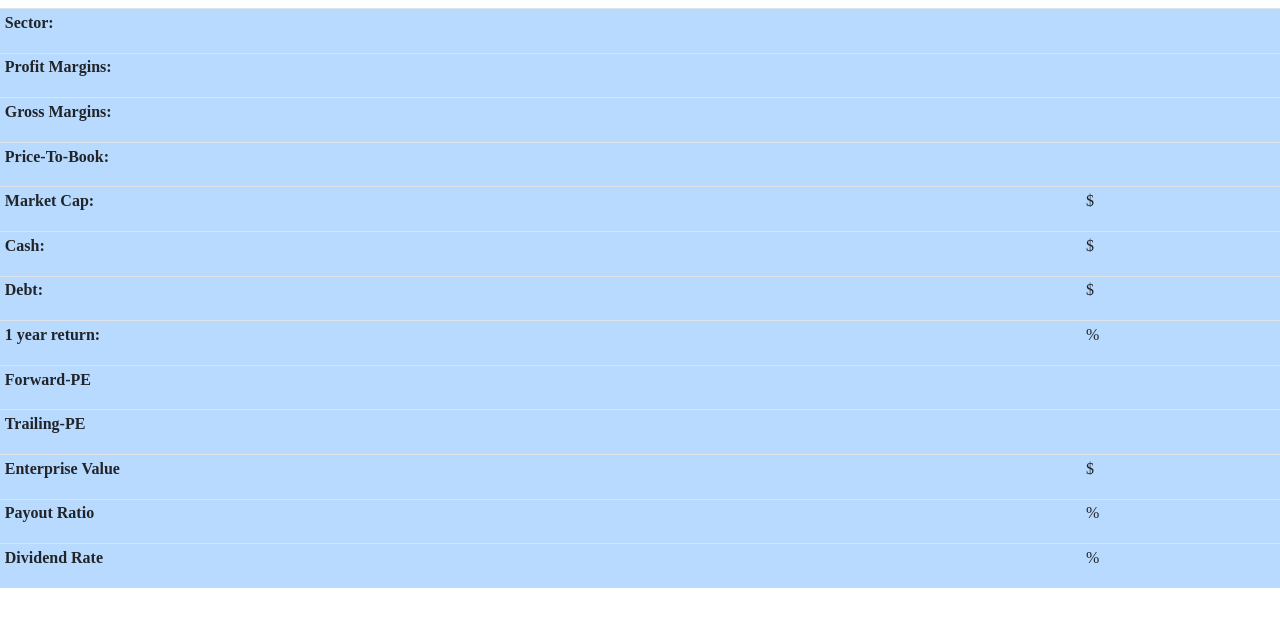
Repository: brendan12372/theSite
Page: topTen/templates/stocks/stock_detail.html
The author's editor kept a copy of each file at every save. The page is drawn from the files as they stood at one save, then again after the next save.
The browser window is 1280 px wide. The pictures show the whole page.
Some web libraries are served in a nearby version. The page is served by the project's application, run on Django 4.2 (manage.py). Other server files are loaded and not shown. The template is opened directly, without the code that normally fills it, so the values that code supplies are empty.

Above is the page before, as saved 2022-03-15 01:03:02.

### topTen/templates/stocks/stock_detail.html
{% load static %}
{{ static }}

<html lang="en">
  <head>
    <!-- Required meta tags -->
    <meta charset="utf-8">
    <meta name="viewport" content="width=device-width, initial-scale=1, shrink-to-fit=no">

    <!-- Bootstrap CSS -->
    <link rel="stylesheet" href="https://cdn.jsdelivr.net/npm/bootstrap@4.0.0/dist/css/bootstrap.min.css" integrity="sha384-Gn5384xqQ1aoWXA+058RXPxPg6fy4IWvTNh0E263XmFcJlSAwiGgFAW/dAiS6JXm" crossorigin="anonymous">
    <link rel="stylesheet" type="text/css" href="{% static 'topTen/style.css' %}"><!doctype html>

    <title>Hello, world!</title>
  </head>
  <body>

    <!--  <h1 class="display-3 text-center">{{ object.shortName }}</h1>
    <p class="text-start font-weight-bold"> summary:</p><p>{{ object.summary }}</p>
    <p>{{object.news}}<a href={{object.link}}>learn more</a> </p>

    <p>market Cap: {{ object.marketCap }}</p>


    <p>Profit Margin: {{ object.profitMargins }}</p>
    <p>Profit Margin: {{ object.grossMargins }}</p>
    <p>1 year Return: {{ object.yearReturn }}</p>
    <p>Price-to-Book: {{ object.PriceToBook}}</p>
    <p>Debt Equity Ratio: {{ object.debtEquityRatio}}</p> -->
    <h1 class="display-3 text-center">{{ object.shortName }}</h1>
    <table class="table table-hover table-primary table-sm">
      <!-- <thead class="thead-dark">
        <tr>
          <th scope="col">cat</th>
          <th scope="col">val</th>
        </tr>
      </thead> -->
      <tbody>

        <tr>
          <td><p class="font-weight-bold">Sector:</p></td>
          <td>{{object.sector}}</td>
        </tr>
        <tr>
          <td><p class="font-weight-bold">Profit Margins:</p></td>
          <td>{{object.profitMargins}}</td>
        </tr>


        <tr>
          <td><p class="font-weight-bold">Gross Margins:</p></td>
          <td>{{object.grossMargins}}</td>
        </tr>

        <tr>
          <td><p class="font-weight-bold">Price-To-Book:</p></td>
          <td>{{object.PriceToBook}}</td>
        </tr>

        <tr>
          <td><p class="font-weight-bold">Market Cap:</p></td>
          <td>$ {{object.marketCap}}</td>
        </tr>
        <tr>
          <td><p class="font-weight-bold">Cash:</p></td>
          <td>$ {{object.totalCash}}</td>
        </tr>

        <tr>
          <td><p class="font-weight-bold">Debt:</p></td>
          <td>$ {{object.totalDebt}}</td>
        </tr>

        <tr>
          <td><p class="font-weight-bold">1 year return:</p></td>
          <td>{{object.yearReturn}} %</td>
        </tr>
        <tr>
          <td><p class="font-weight-bold">Forward-PE</p></td>
          <td>{{object.forwardPE}}</td>
        </tr>

        <tr>
          <td><p class="font-weight-bold">Trailing-PE</p></td>
          <td>{{object.trailingPE}}</td>
        </tr>

        <tr>
          <td><p class="font-weight-bold">Enterprise Value</p></td>
          <td>$ {{object.enterpriseValue}}</td>
        </tr>

        <tr>
          <td><p class="font-weight-bold">Payout Ratio</p></td>
          <td>{{object.payoutRatio}} %</td>
        </tr>


        <tr>
          <td><p class="font-weight-bold">Dividend Rate</p></td>
          <td>{{object.dividendRate}} %</td>
        </tr>


      </tbody>
    </table>




    <!-- Optional JavaScript -->
    <!-- jQuery first, then Popper.js, then Bootstrap JS -->
    <script src="https://code.jquery.com/jquery-3.2.1.slim.min.js" integrity="sha384-KJ3o2DKtIkvYIK3UENzmM7KCkRr/rE9/Qpg6aAZGJwFDMVNA/GpGFF93hXpG5KkN" crossorigin="anonymous"></script>
    <script src="https://cdn.jsdelivr.net/npm/popper.js@1.12.9/dist/umd/popper.min.js" integrity="sha384-ApNbgh9B+Y1QKtv3Rn7W3mgPxhU9K/ScQsAP7hUibX39j7fakFPskvXusvfa0b4Q" crossorigin="anonymous"></script>
    <script src="https://cdn.jsdelivr.net/npm/bootstrap@4.0.0/dist/js/bootstrap.min.js" integrity="sha384-JZR6Spejh4U02d8jOt6vLEHfe/JQGiRRSQQxSfFWpi1MquVdAyjUar5+76PVCmYl" crossorigin="anonymous"></script>
  </body>
</html>

### tutorial/urls.py
from django.urls import path, include
from django.contrib import admin

urlpatterns = [
path('admin/', admin.site.urls),
path('', include('stocks.urls')),
path('topTen/', include('topTen.urls')),

]

### stocks/urls.py
from django.urls import path
from stocks import views
from django.contrib import admin

urlpatterns = [
    # path('stocks/', views.stocks_list),
    path('', views.stocks_list2),
    path('<int:pk>/', views.stocks_detail),
    path('<str:sector>/<str:sortBy>/<str:dir>', views.stocks_list),
    path('sectors/<str:sortBy>/<str:dir>', views.sector_list),

]

### topTen/urls.py
from django.urls import path
from topTen import views
urlpatterns = [
    # path('front/', views.front_list),
    # path('front/<int:pk>/', views.stocks_detail),
    path('sector/', views.sector_view,name='sector'),
    path('home/', views.vTwo,name='sort'),
    path('',views.home,name='home'),
    path('<int:pk>/', views.detail.as_view(),name='detail'),


]

### topTen/static/topTen/style.css
 /* Navbar container */
 .theOptions{
  background-color:lightblue;
  text-align: left;
     padding-left: 10%;
}
 article{
margin-top:30px;
 }
 body{
          font-family: "Noto Serif Armenian Light";

 }
.Key{
    background-color: lightblue;
}

.theList{
  background-color:darkgrey;
  text-align: left;
  margin-top: 5px;
    font-family: "Times";
}
p{
         font-family: "Noto Serif Armenian Light";

}
 .navbar {
  overflow: hidden;
  background-color: darkgrey;
  font-family: 'Noto Serif Armenian Light';
     margin-bottom: 30px;
}
 body {
   background-color:'green'
 }

/* Links inside the navbar */
.navbar a {
  float: left;
  font-size: 16px;
  color: white;
  text-align: center;
  padding: 14px 16px;
  text-decoration: none;
}

/* The dropdown container */
.dropdown {
  float: left;
  overflow: hidden;
}

/* Dropdown button */
.dropdown .dropbtn {
  font-size: 16px;
  border: none;
  outline: none;
  color: white;
  padding: 14px 16px;
  background-color: inherit;
  font-family: inherit; /* Important for vertical align on mobile phones */
  margin: 0; /* Important for vertical align on mobile phones */
}

/* Add a red background color to navbar links on hover */
.navbar a:hover, .dropdown:hover .dropbtn {
  background-color: red;
}

/* Dropdown content (hidden by default) */
.dropdown-content {
  display: none;
  position: absolute;
  background-color: #f9f9f9;
  min-width: 160px;
  box-shadow: 0px 8px 16px 0px rgba(0,0,0,0.2);
  z-index: 1;
}

/* Links inside the dropdown */
.dropdown-content a {
  float: none;
  color: black;
  padding: 12px 16px;
  text-decoration: none;
  display: block;
  text-align: left;
}

/* Add a grey background color to dropdown links on hover */
.dropdown-content a:hover {
  background-color: #ddd;
}

/* Show the dropdown menu on hover */
.dropdown:hover .dropdown-content {
  display: block;
}
label {
  ;
}

After the next save:
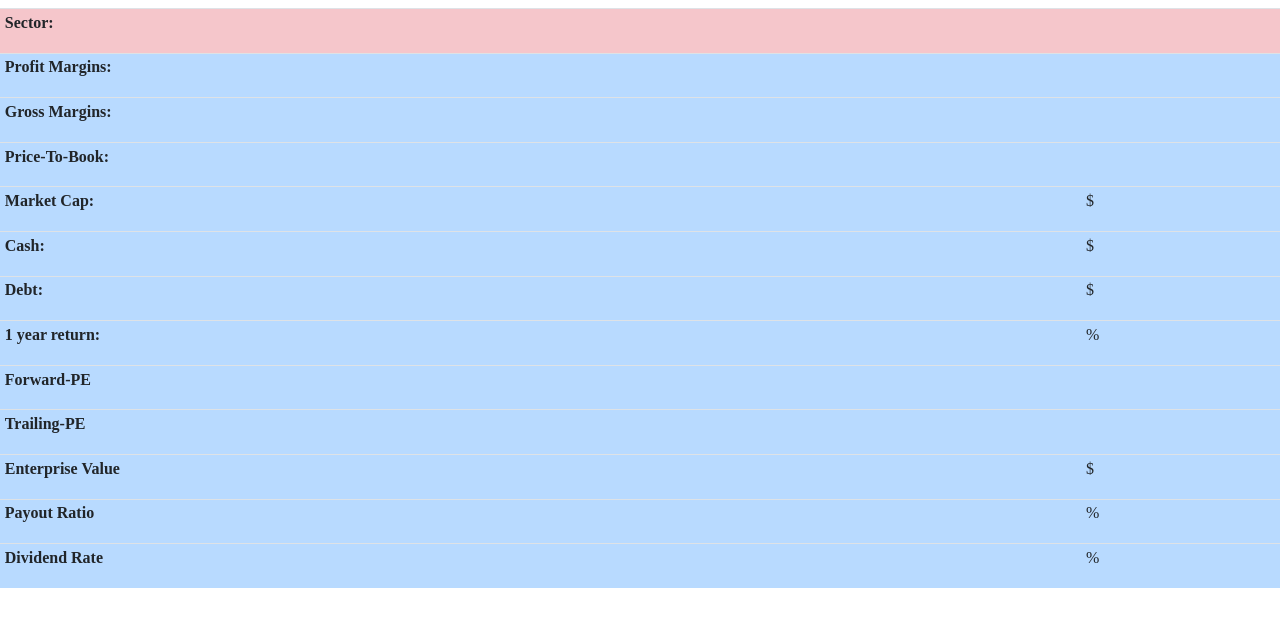
Saved 95 s later.
--- a/topTen/templates/stocks/stock_detail.html
+++ b/topTen/templates/stocks/stock_detail.html
@@ -37,7 +37,7 @@
       </thead> -->
       <tbody>
 
-        <tr>
+        <tr class="table-danger">
           <td><p class="font-weight-bold">Sector:</p></td>
           <td>{{object.sector}}</td>
         </tr>
